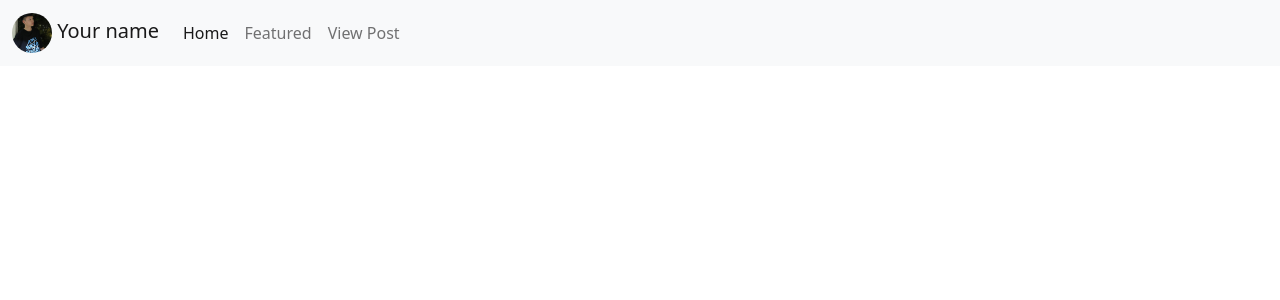
Repository: nvt01/72_1951061106_NgoVanTung
Page: BaiTh1/index.html
The author's editor kept a copy of each file at every save. The page is drawn from the files as they stood at one save, then again after a run of saves.
The browser window is 1280 px wide. The pictures show the whole page.

Above is the page before, as saved 2021-11-30 21:54:34.

### BaiTh1/index.html
<!DOCTYPE html>
<html lang="en">
<head>
    <meta charset="UTF-8">
    <meta http-equiv="X-UA-Compatible" content="IE=edge">
    <meta name="viewport" content="width=device-width, initial-scale=1.0">
    <title>Blog</title>
    <link rel="stylesheet" href="style.css">
    <!-- CSS only -->
    <link href="https://cdn.jsdelivr.net/npm/bootstrap@5.1.3/dist/css/bootstrap.min.css" rel="stylesheet" integrity="sha384-1BmE4kWBq78iYhFldvKuhfTAU6auU8tT94WrHftjDbrCEXSU1oBoqyl2QvZ6jIW3" crossorigin="anonymous">
</head>
<body>
    <div class="menu">
        <nav class="navbar navbar-expand-lg navbar-light bg-light">
            <div class="container-fluid">
                <a class="navbar-brand" href="#">
                    <img class="nav-img" src="./img/avatar.JPG" alt="">
                    Your name
                </a>
                <button class="navbar-toggler" type="button" data-bs-toggle="collapse" data-bs-target="#navbarSupportedContent" aria-controls="navbarSupportedContent" aria-expanded="false" aria-label="Toggle navigation">
                    <span class="navbar-toggler-icon"></span>
                </button>
                <div class=" collapse navbar-collapse" id="navbarSupportedContent">
                    <ul class="navbar-nav me-auto mb-2 mb-lg-0">
                        <li class="nav-item">
                            <a class="nav-link active" aria-current="page" href="#">Home</a>
                        </li>
                        <li class="nav-item">
                            <a class="nav-link" href="#">Featured</a>
                        </li>
                        <li class="nav-item">
                            <a class="nav-link" href="#">View Post</a>
                        </li>
                    </ul>
                </div>
            </div>
        </nav>
    </div>
</body>
</html>

### BaiTh1/style.css
* {
    margin: 0;
    padding: 0;
    box-sizing: border-box;
}
.nav-img {
    width: 40px;
    height: 40px;
    border-radius: 50%;
    object-fit: cover;
}

.navbar-collapse {
    flex-grow: 0;
}

After the next 2 saves:
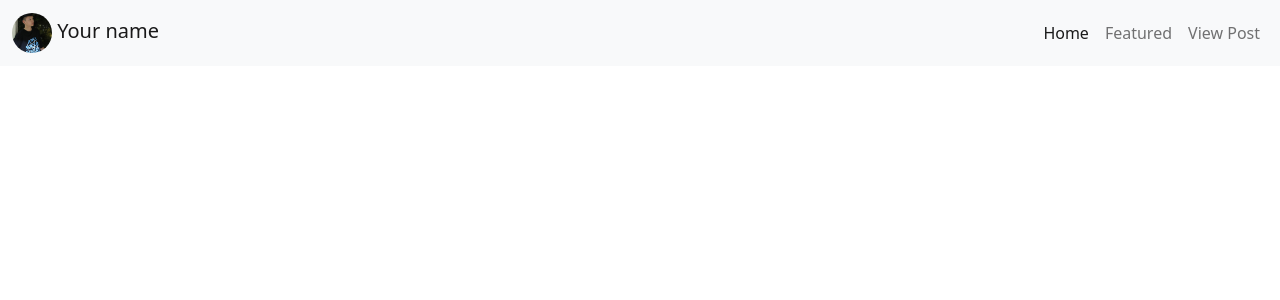
The 2 saves are shown as one change because they came seconds apart.
The last was saved 28 s later.
--- a/BaiTh1/style.css
+++ b/BaiTh1/style.css
@@ -10,6 +10,6 @@
     object-fit: cover;
 }
 
-.navbar-collapse {
+.container-fluid .navbar-collapse {
     flex-grow: 0;
 }
